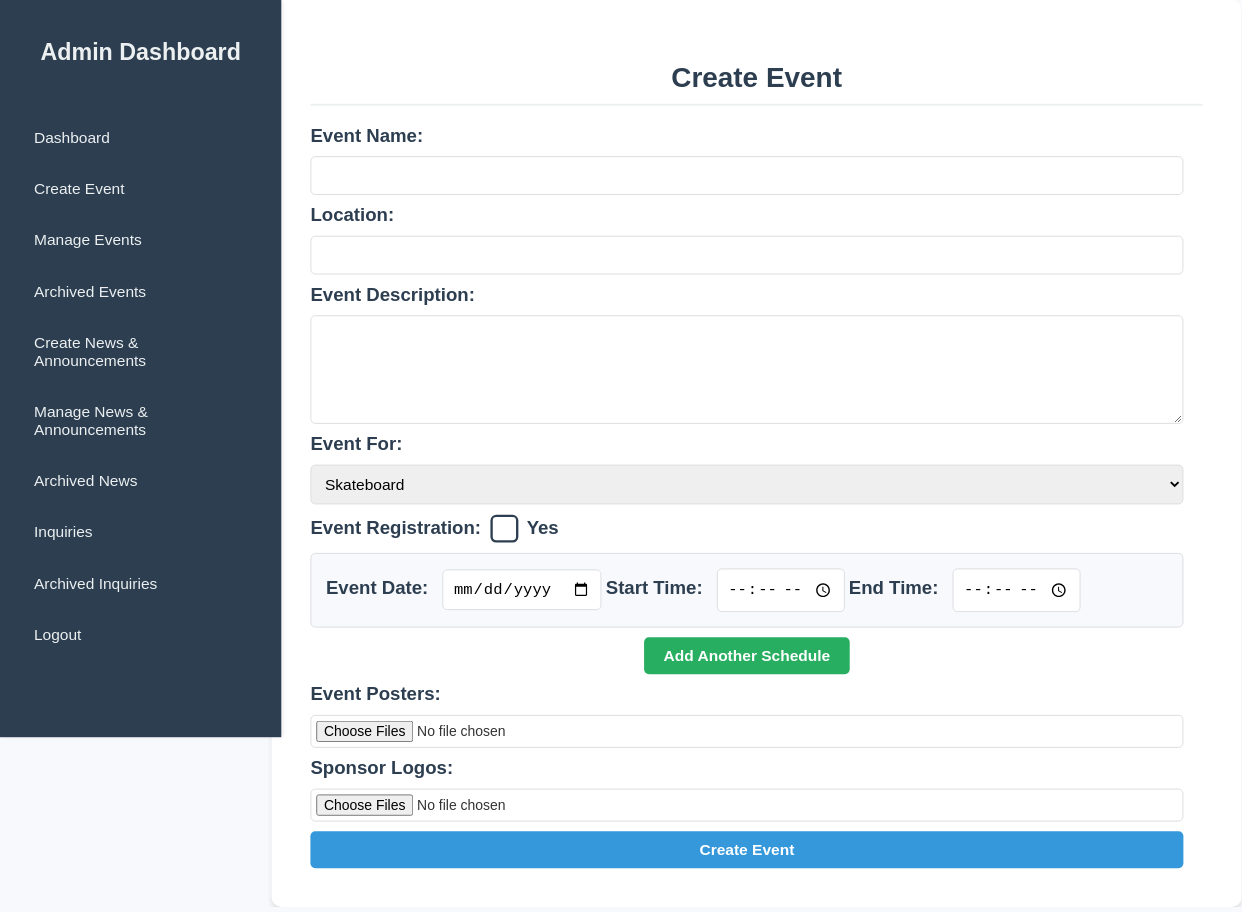
Repository: KharonKade/Capstone
Page: http://localhost/admin.html
An editor plug-in stored every save of this project. The page is shown before and after the next save, followed by the edit.
The browser window is 1280 px wide. The pictures show the whole page, at 97% of full size.
The page is run by PHP 8.4 with error messages shown; the project is at /var/www/html/.

Above is the page before, as saved 2025-04-01 13:09:58.

After the next save:
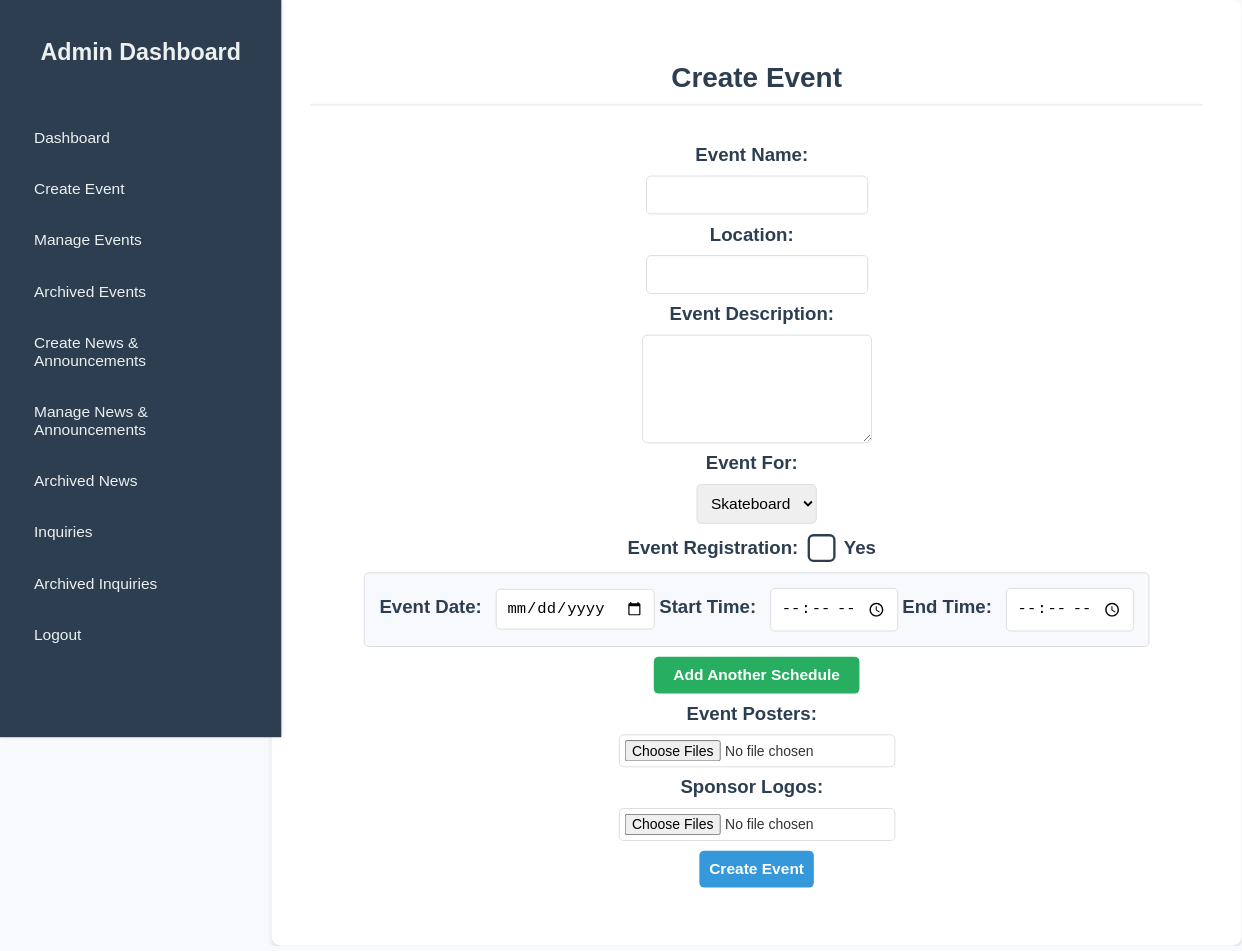
Saved 98 s later.
--- a/Css/admin.css
+++ b/Css/admin.css
@@ -81,7 +81,10 @@ form {
     flex-direction: column;
     gap: 10px;
     margin-top: 10px;
-    width: 900px;
+    padding: 20px;
+    margin: 0 auto;
+    max-width: 1000px;
+    align-items: center;
 }
 
 form label {
